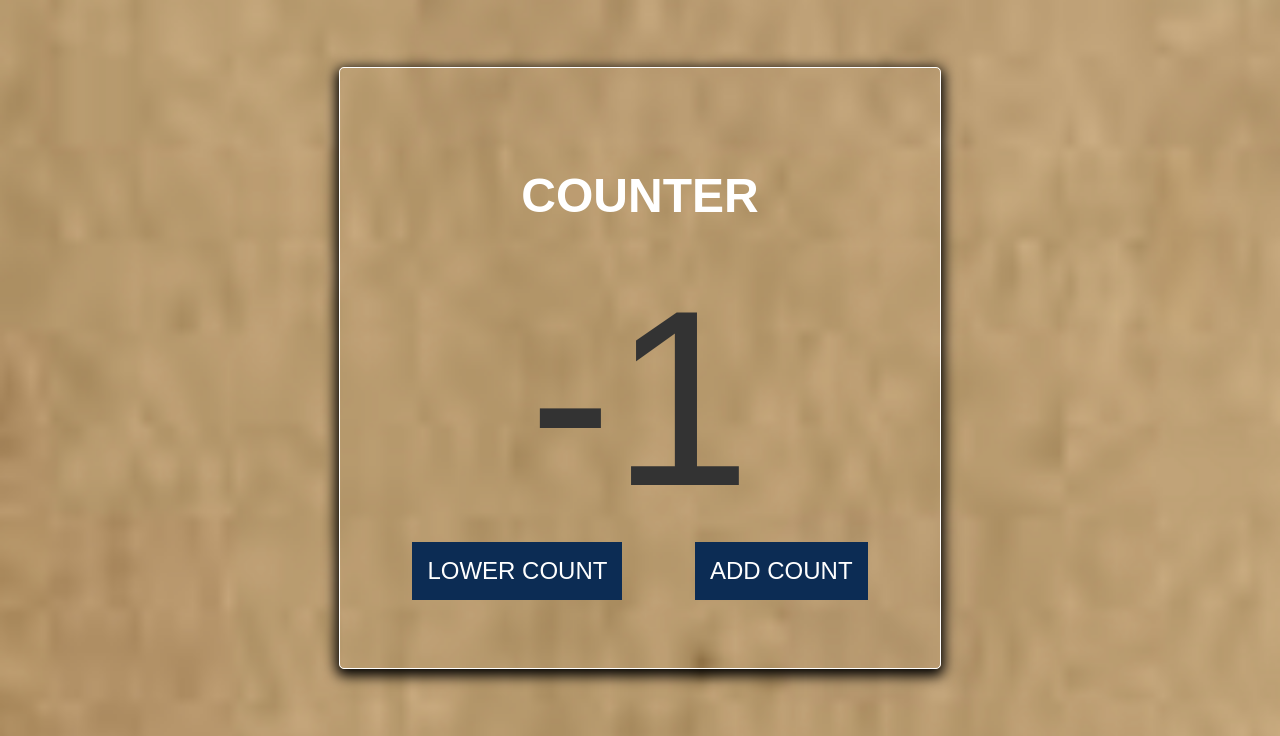
Repository: Hasmik-icml/counter
Page: index.html
The author's editor kept a copy of each file at every save. The page is drawn from the files as they stood at one save, then again after the next save.
The browser window is 1280 px wide. The pictures show the whole page.
After loading, the first visible `button.buttonLower` was clicked once.

Above is the page before, as saved 2022-02-14 17:21:54.

After the next save:
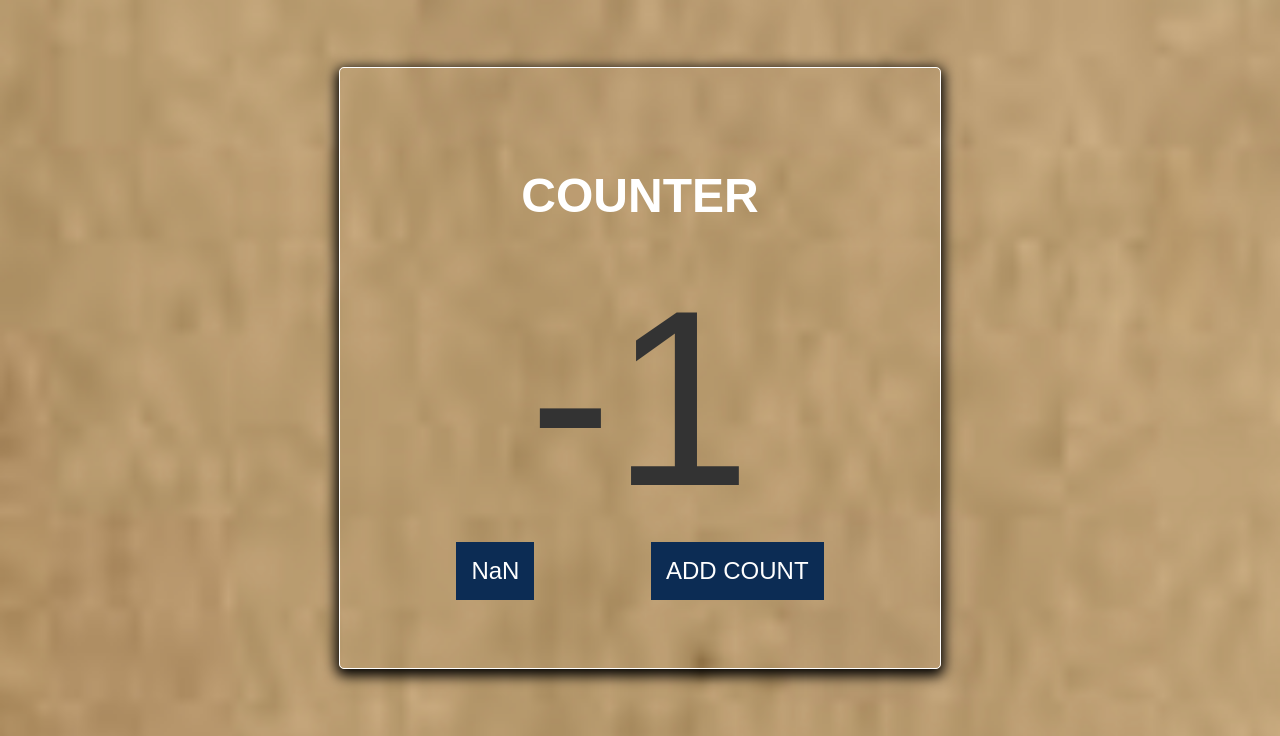
Saved 5 s later.
--- a/index.js
+++ b/index.js
@@ -11,6 +11,6 @@ buttonAdd.addEventListener("click", function(){
 
 document.querySelectorAll(".button").forEach(item => {
     item.addEventListener("click", function(){
-        this.innerHTML
+        this.innerHTML++;
     })
 })
